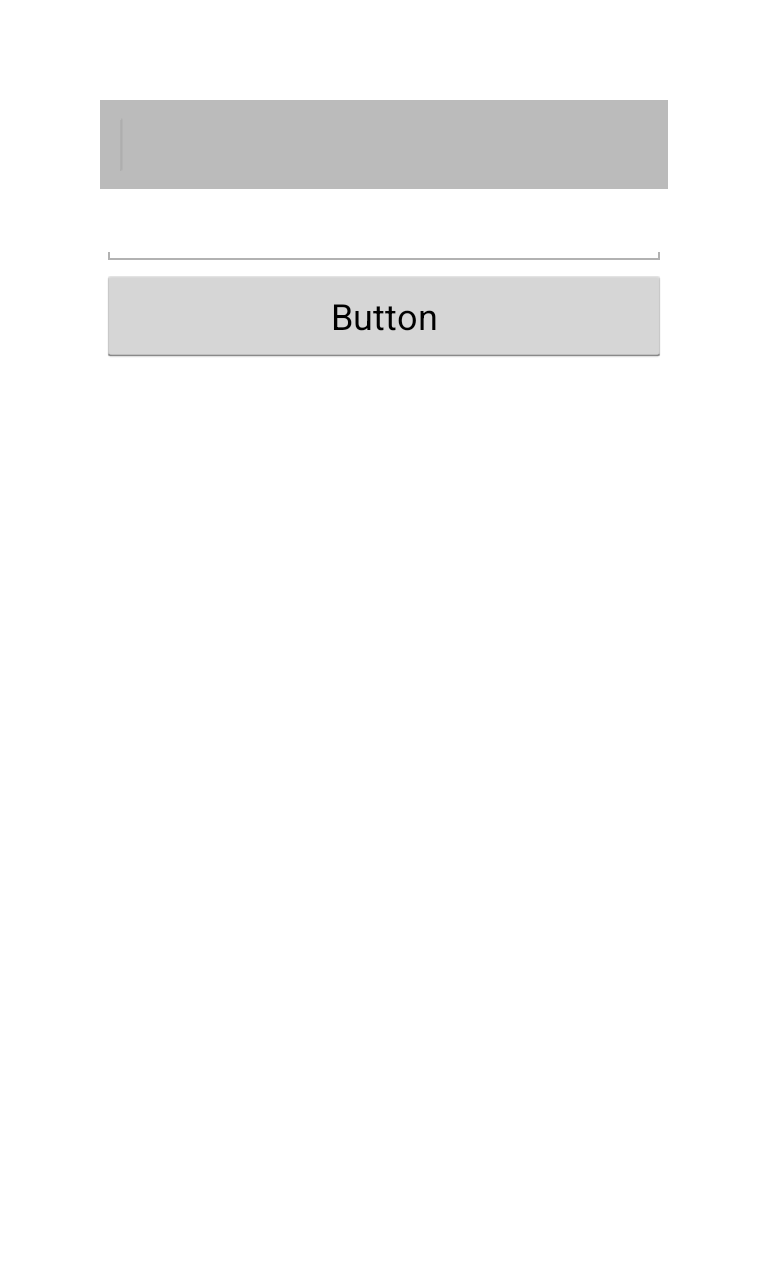
Repository: christianchi/di
Layout: 09 Drawable/UsoDrawNinePatch/res/layout/activity_main.xml
An editor plug-in stored every save of this project. The layout is shown before and after the next save, followed by the edit.
It is drawn on a 768 x 1280 px phone screen (xhdpi) without system bars, with theme AppTheme; the app's code is not run.

Above is the layout before, as saved 2014-01-16 08:43:54.

After the next save:
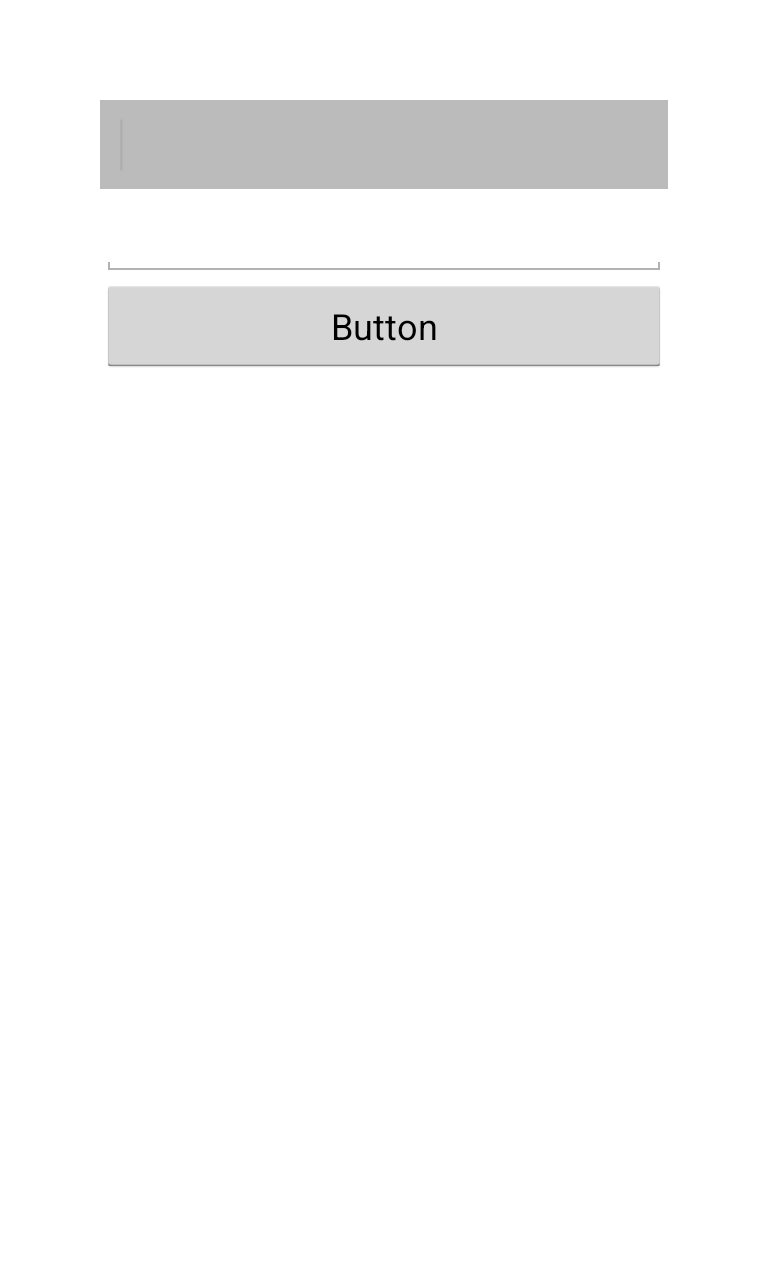
Saved 15 s later.
--- a/09 Drawable/UsoDrawNinePatch/res/layout/activity_main.xml
+++ b/09 Drawable/UsoDrawNinePatch/res/layout/activity_main.xml
@@ -1,17 +1,17 @@
 <LinearLayout xmlns:android="http://schemas.android.com/apk/res/android"
     android:layout_width="fill_parent"
     android:layout_height="fill_parent"
+    android:background=""
     android:orientation="vertical"
-    android:padding="50dp"
-    android:background="" >
+    android:padding="50dp" >
 
     <EditText
         android:id="@+id/editText1"
         android:layout_width="match_parent"
         android:layout_height="wrap_content"
+        android:background="#bbb"
         android:ems="10"
-        android:padding="10dp"
-        android:background="#bbb" >
+        android:padding="10dp" >
 
         <requestFocus />
     </EditText>
@@ -21,7 +21,8 @@
         android:layout_width="match_parent"
         android:layout_height="wrap_content"
         android:ems="10"
-        android:inputType="textPassword" />
+        android:inputType="textPassword"
+        android:padding="10dp" />
 
     <Button
         android:id="@+id/button1"
